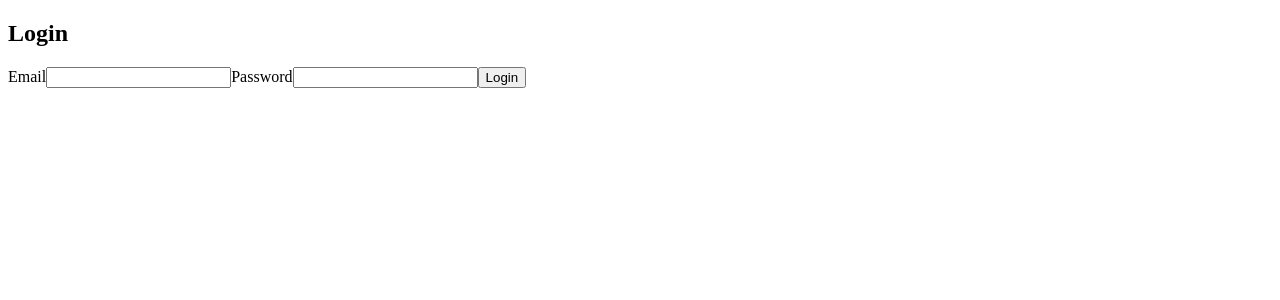
Repository: Sarthak102/roxiler-store-rating
Page: /admin (app in frontend/)
These files come from the project's save history. The page is drawn as it stood at one moment and after the next save; the edit follows.
The browser window is 1280 px wide. The pictures show the whole page.
The project was rebuilt for these pictures with package versions that can differ from the ones it lists, and the page was loaded fresh each time. Also part of the build but not shown: frontend/vite.config.ts, frontend/src/pages/Home.tsx, frontend/src/pages/Register.tsx, frontend/src/services/storeService.ts, frontend/src/components/StoreCard.tsx, frontend/src/components/RatingModal.tsx, frontend/src/pages/StoresList.tsx, frontend/src/pages/AdminDashboard.tsx and 3 more.

Above is the page before, as saved 2025-11-16 21:06:15.

After the next save:
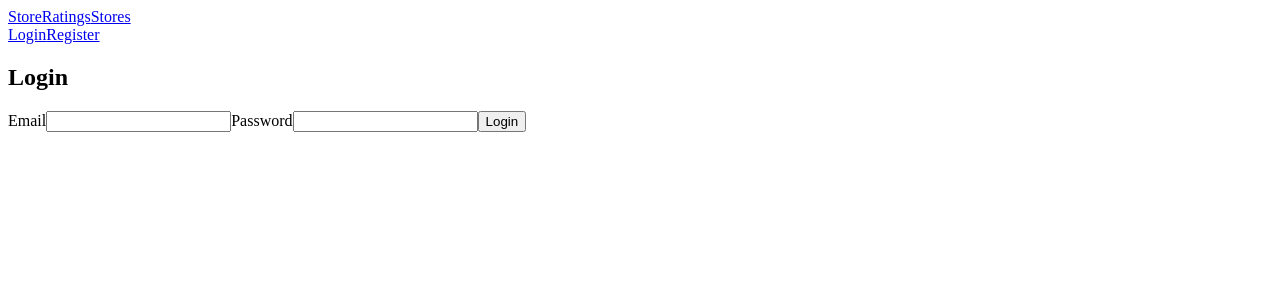
Saved 29 s later.
--- a/frontend/src/App.tsx
+++ b/frontend/src/App.tsx
@@ -1,67 +1,65 @@
-// frontend/src/App.tsx (update)
+// frontend/src/App.tsx (excerpt)
+import React from "react";
 import { BrowserRouter, Routes, Route } from "react-router-dom";
+import Navbar from "./components/Navbar";
 import Home from "./pages/Home";
+import Login from "./pages/Login";
 import Register from "./pages/Register";
-import Login from "./pages/Login";
 import StoresList from "./pages/StoresList";
 import AdminDashboard from "./pages/AdminDashboard";
-import { AuthProvider } from "./contexts/AuthContext";
+import AdminCreateStore from "./pages/AdminCreateStore";
+import AdminCreateUser from "./pages/AdminCreateUser";
+import AdminStores from "./pages/AdminStores";
 import ProtectedRoute from "./components/ProtectedRoute";
-import AdminCreateUser from "./pages/AdminCreateUser";
-import AdminCreateStore from "./pages/AdminCreateStore";
-import AdminStores from "./pages/AdminStores";
 
 export default function App() {
   return (
-    <AuthProvider>
-      <BrowserRouter>
-        <Routes>
-          <Route path="/" element={<Home />} />
-          <Route path="/register" element={<Register />} />
-          <Route path="/login" element={<Login />} />
-          <Route
-            path="/stores"
-            element={
-              <ProtectedRoute>
-                <StoresList />
-              </ProtectedRoute>
-            }
-          />
-          <Route
-            path="/admin"
-            element={
-              <ProtectedRoute>
-                <AdminDashboard />
-              </ProtectedRoute>
-            }
-          />
-          <Route
-            path="/admin/create-user"
-            element={
-              <ProtectedRoute role="admin">
-                <AdminCreateUser />
-              </ProtectedRoute>
-            }
-          />
+    <BrowserRouter>
+      <div className="min-h-screen bg-gray-50">
+        <Navbar />
+        <div className="py-6">
+          <Routes>
+            <Route path="/" element={<Home />} />
+            <Route path="/login" element={<Login />} />
+            <Route path="/register" element={<Register />} />
+            <Route path="/stores" element={<StoresList />} />
 
-          <Route
-            path="/admin/create-store"
-            element={
-              <ProtectedRoute role="admin">
-                <AdminCreateStore />
-              </ProtectedRoute>
-            }
-          />
-          <Route
-            path="/admin/stores"
-            element={
-              <ProtectedRoute role="admin">
-                <AdminStores />
-              </ProtectedRoute>
-            }
-          />
-        </Routes>
-      </BrowserRouter>
-    </AuthProvider>
+            {/* admin */}
+            <Route
+              path="/admin"
+              element={
+                <ProtectedRoute role="admin">
+                  <AdminDashboard />
+                </ProtectedRoute>
+              }
+            />
+            <Route
+              path="/admin/create-store"
+              element={
+                <ProtectedRoute role="admin">
+                  <AdminCreateStore />
+                </ProtectedRoute>
+              }
+            />
+            <Route
+              path="/admin/create-user"
+              element={
+                <ProtectedRoute role="admin">
+                  <AdminCreateUser />
+                </ProtectedRoute>
+              }
+            />
+            <Route
+              path="/admin/stores"
+              element={
+                <ProtectedRoute role="admin">
+                  <AdminStores />
+                </ProtectedRoute>
+              }
+            />
+          </Routes>
+        </div>
+      </div>
+    </BrowserRouter>
   );
 }
